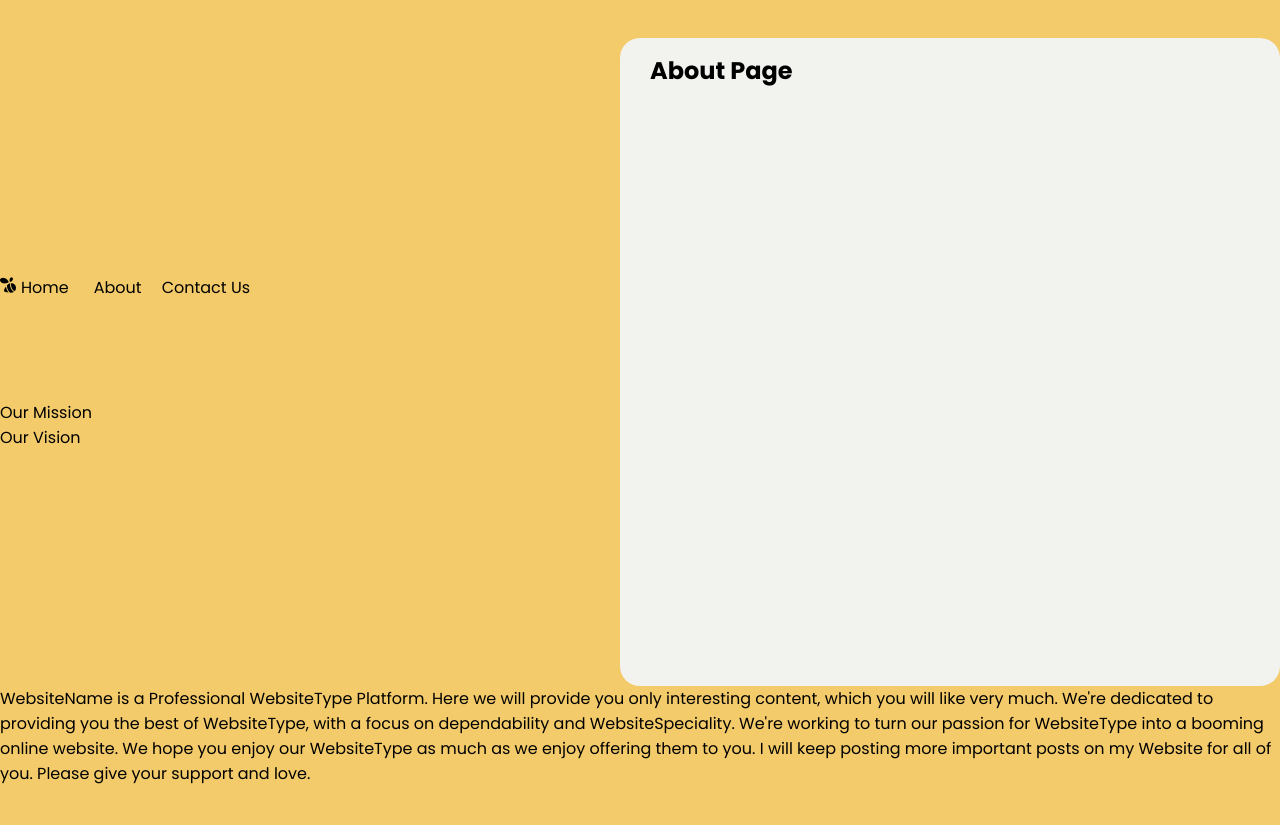
Repository: ble-syn/Random-user-generator-app
Page: /about
These files come from the project's save history. The page is drawn as it stood at one moment and after the next save; the edit follows.
The browser window is 1280 px wide. The pictures show the whole page.
The project was rebuilt for these pictures with package versions that can differ from the ones it lists, and the page was loaded fresh each time. Also part of the build but not shown: src/components/pagination.jsx, src/components/ErrorFallback.jsx, src/components/User.jsx, src/pages/Home.jsx, src/pages/Policy.jsx, src/pages/Terms.jsx, src/pages/Contact.jsx, src/pages/NotFound.jsx.

Above is the page before, as saved 2022-10-28 18:45:59.

After the next save:
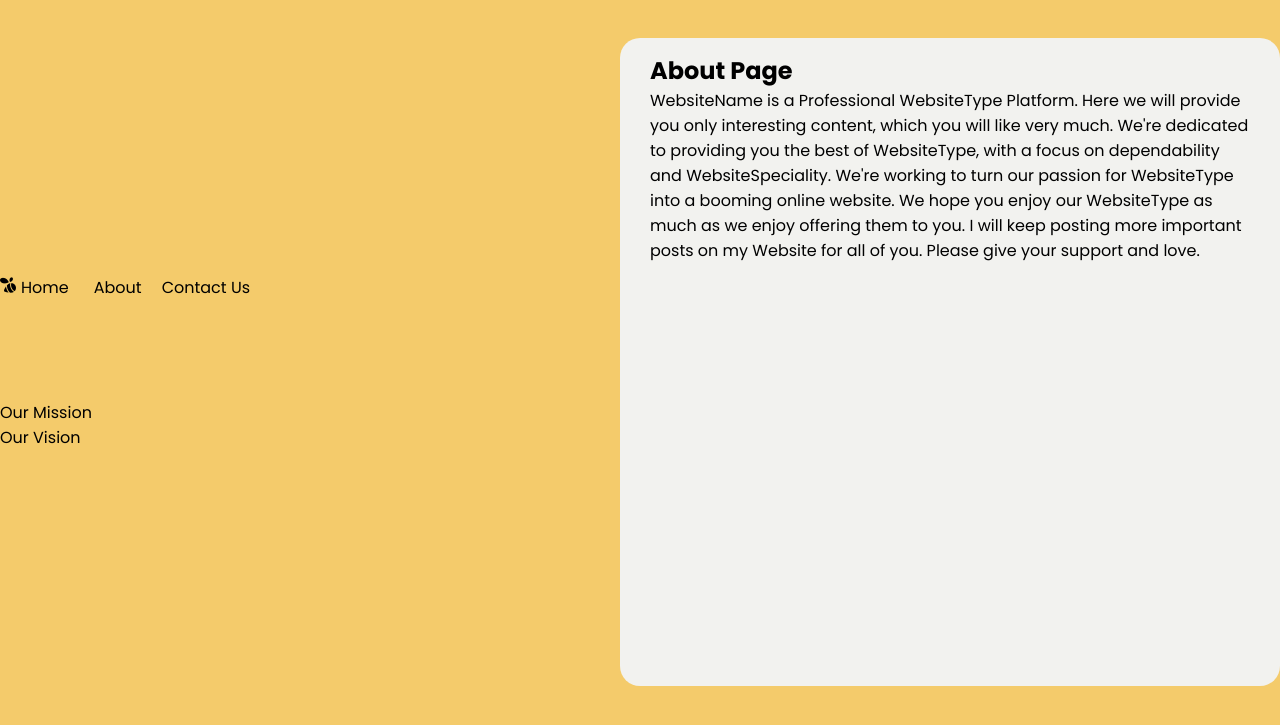
Saved 71 s later.
--- a/src/pages/About.jsx
+++ b/src/pages/About.jsx
@@ -9,39 +9,39 @@ function About() {
     <div>
       <div className="home-container">
 
-      <div id="left">
-        <Navbar />
-        <ul>
-          <li>
-            <Link to="/about/policy">Our Mission</Link>
-          </li>
-          <li>
-            <Link to="/about/terms">Our Vision</Link>
-          </li>
-        </ul>
-      </div>
-      <div id="right">
-        <h2>About Page</h2>
-      </div>
+        <div id="left">
+          <Navbar />
+          <ul>
+            <li>
+              <Link to="/about/policy">Our Mission</Link>
+            </li>
+            <li>
+              <Link to="/about/terms">Our Vision</Link>
+            </li>
+          </ul>
+        </div>
+        <div id="right">
+          <h2>About Page</h2>
+          {location.pathname === "/about" ? (
+            <div>
 
-      </div>
-      {location.pathname === "/about" ? (
-        <div>
+              <p>
+                WebsiteName is a Professional WebsiteType Platform. Here we will
+                provide you only interesting content, which you will like very much.
+                We're dedicated to providing you the best of WebsiteType, with a
+                focus on dependability and WebsiteSpeciality. We're working to turn
+                our passion for WebsiteType into a booming online website. We hope
+                you enjoy our WebsiteType as much as we enjoy offering them to you.
+                I will keep posting more important posts on my Website for all of
+                you. Please give your support and love.
+              </p>
+            </div>
+          ) : (
+            <Outlet />
+          )}
+        </div>
 
-          <p>
-            WebsiteName is a Professional WebsiteType Platform. Here we will
-            provide you only interesting content, which you will like very much.
-            We're dedicated to providing you the best of WebsiteType, with a
-            focus on dependability and WebsiteSpeciality. We're working to turn
-            our passion for WebsiteType into a booming online website. We hope
-            you enjoy our WebsiteType as much as we enjoy offering them to you.
-            I will keep posting more important posts on my Website for all of
-            you. Please give your support and love.
-          </p>
-        </div>
-      ) : (
-        <Outlet />
-      )}
+       </div>
     </div>
   );
 }
